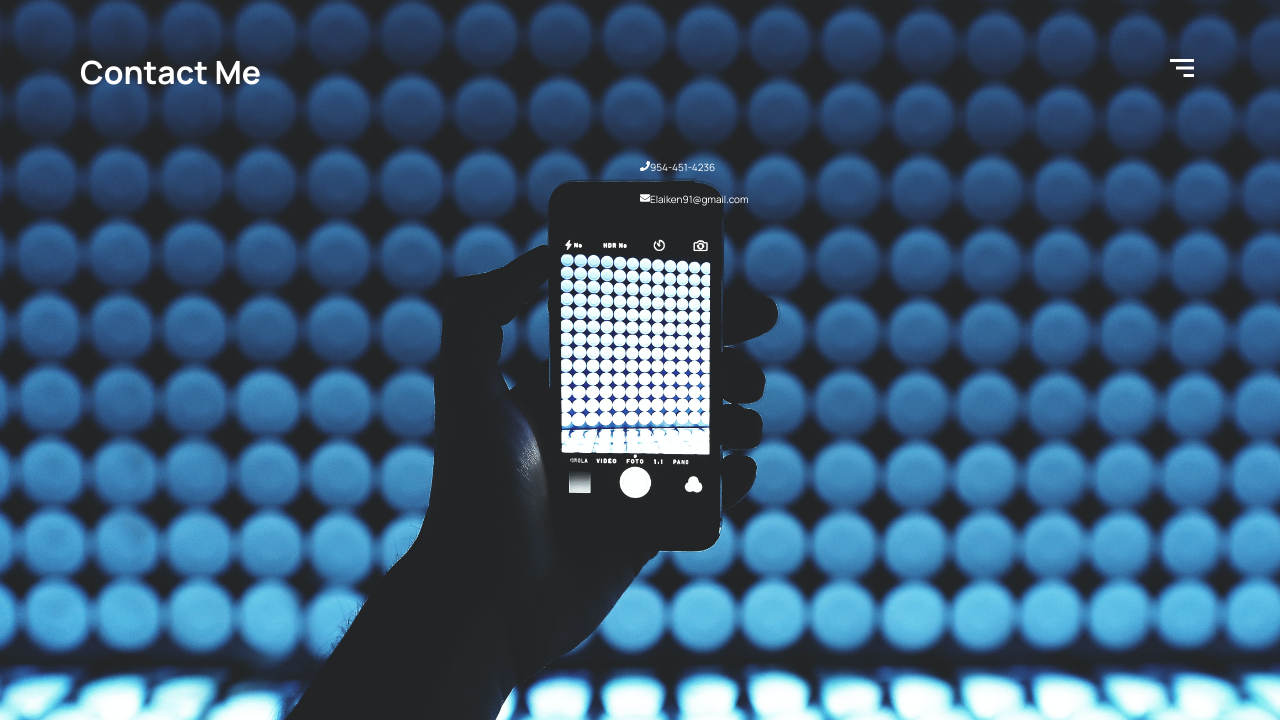
Repository: elaiken/portfolio
Page: /contact-me
An editor plug-in stored every save of this project. The page is shown before and after the next save, followed by the edit.
The browser window is 1280 px wide. The pictures show the whole page.
The project was rebuilt for these pictures with package versions that can differ from the ones it lists, and the page was loaded fresh each time. Also part of the build but not shown: src/components/Error.js, src/components/Home.js, src/components/Projects.js.

Above is the page before, as saved 2021-11-26 13:52:36.

After the next save:
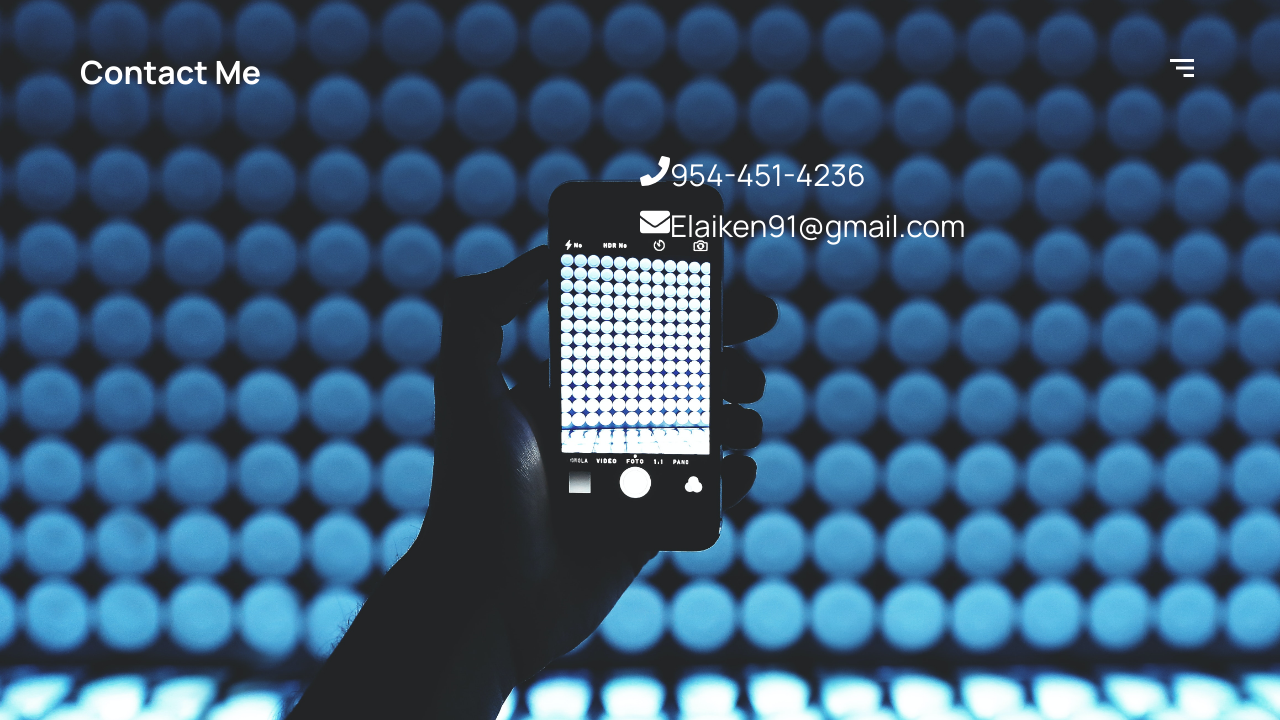
Saved 63 s later.
--- a/src/index.css
+++ b/src/index.css
@@ -147,7 +147,7 @@ color: #fff;
 
 }
 .contacts ul a {
-  font-size: 10px;
+  font-size: 30px;
   color: white;
 }
 .contacts ul li {
